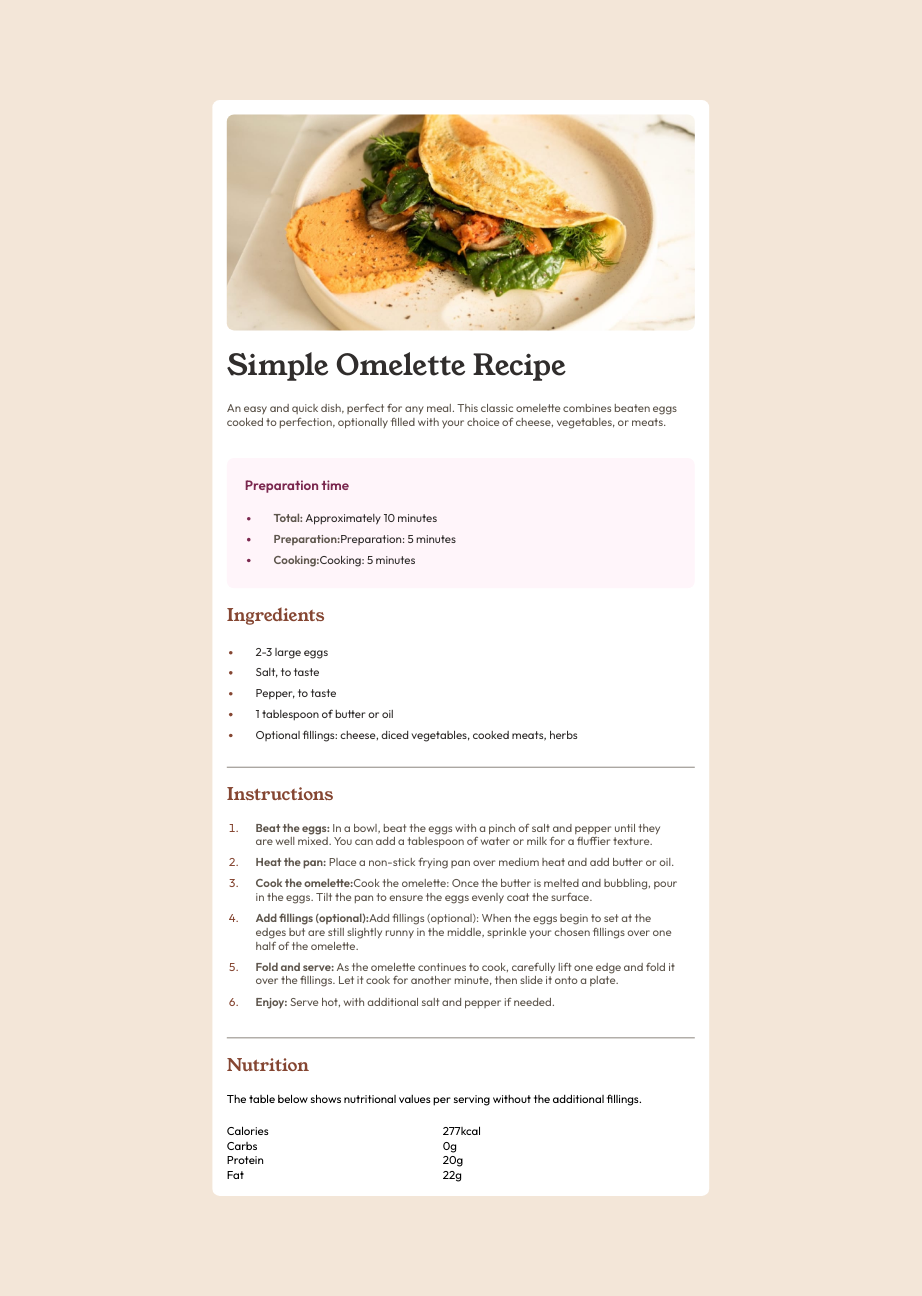
Repository: reemoon-ctrl/mine-recipe-page-main
Page: index1.html
An editor plug-in stored every save of this project. The page is shown before and after the next save, followed by the edit.
The browser window is 1280 px wide. The pictures show the whole page, at 72% of full size.

Above is the page before, as saved 2024-08-11 17:04:30.

After the next save:
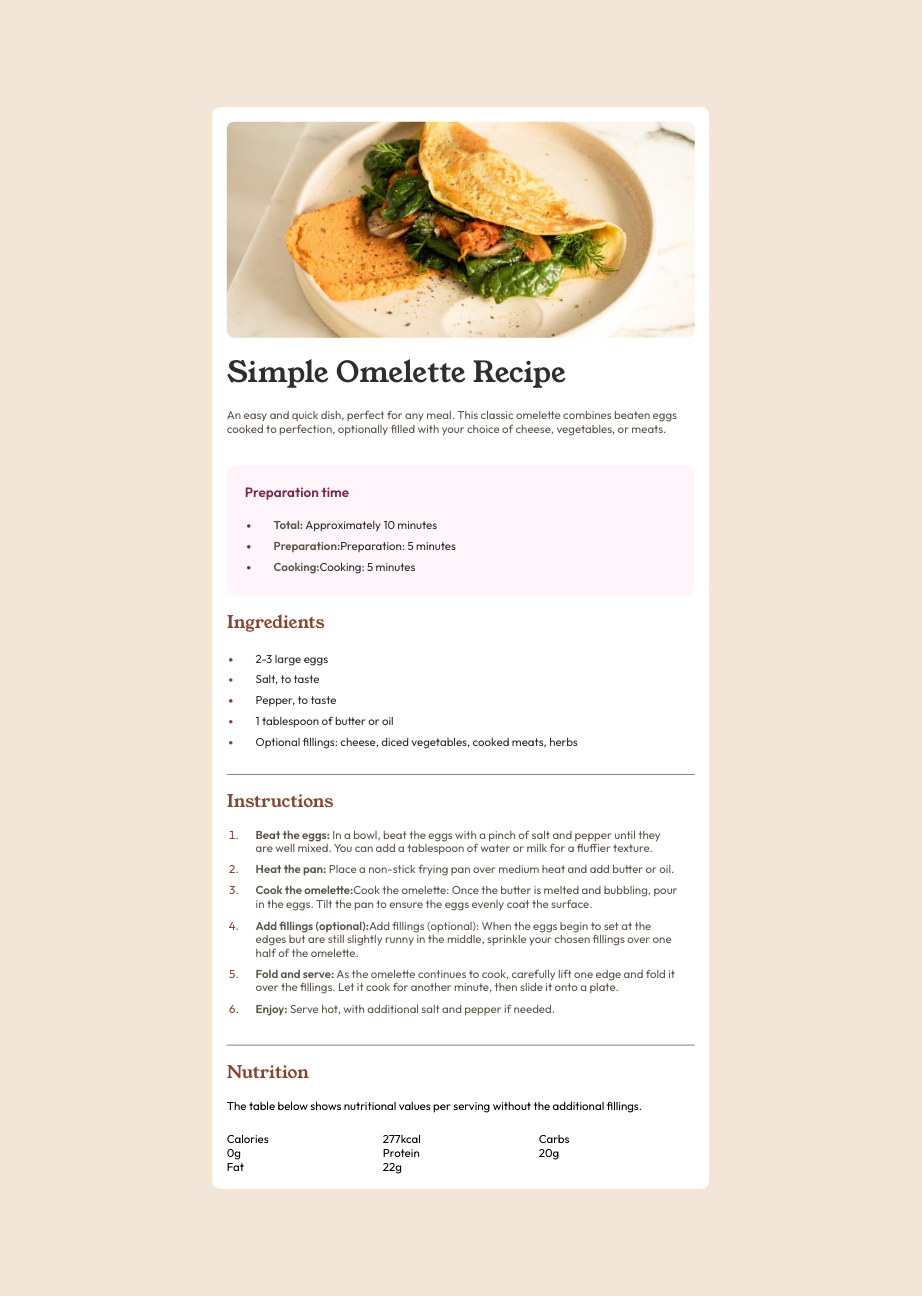
Saved 5 min 25 s later.
--- a/style.css
+++ b/style.css
@@ -107,7 +107,7 @@
 }
 .calory{
     display: grid;
-    grid-template-columns: 300px 300px;
+    grid-template-columns: repeat(3, minmax(0, 1fr));
 }
 .nutrition p{
     padding-bottom: 25px;

After the save that followed:
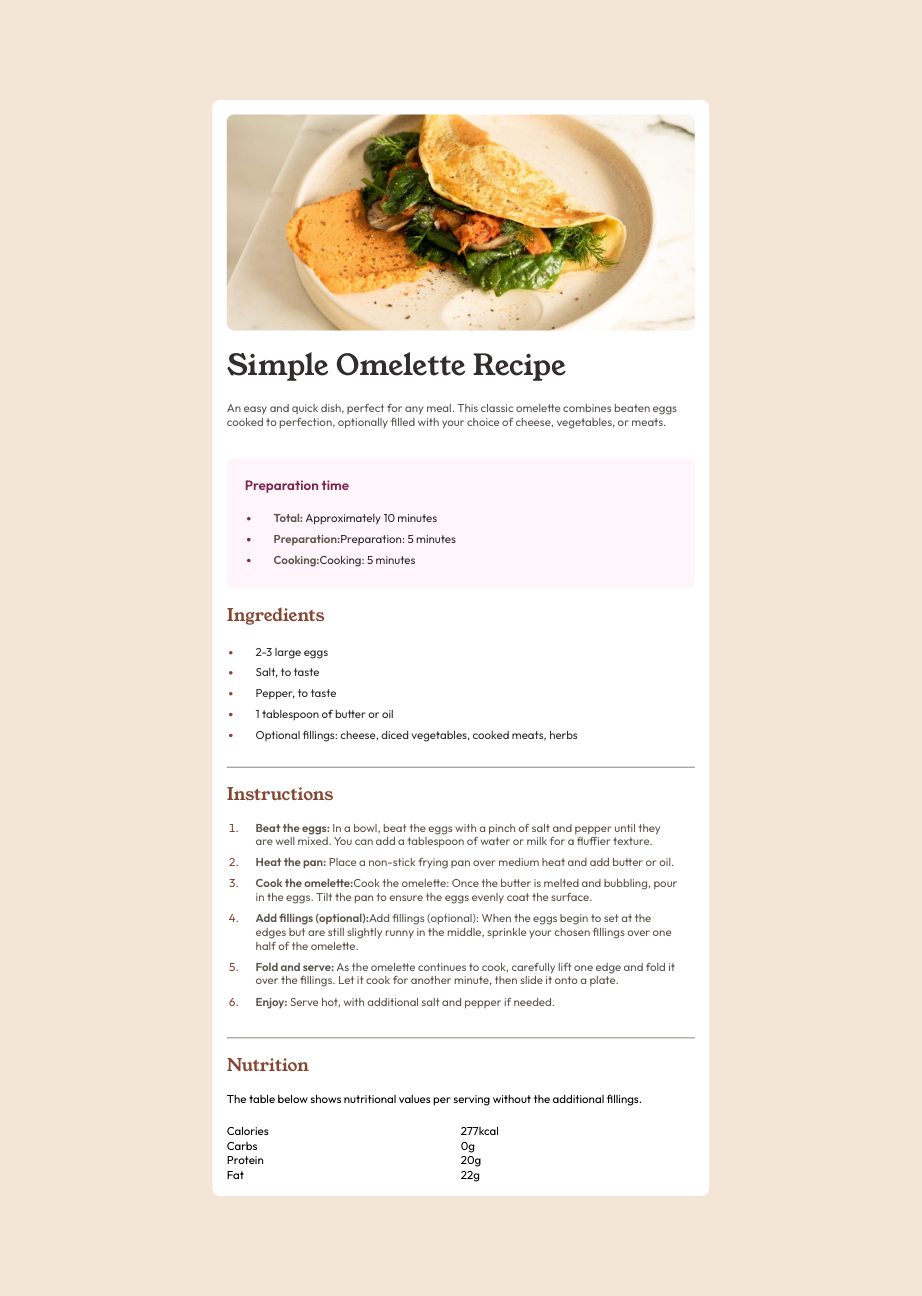
Saved 4 s later.
--- a/style.css
+++ b/style.css
@@ -107,7 +107,7 @@
 }
 .calory{
     display: grid;
-    grid-template-columns: repeat(3, minmax(0, 1fr));
+    grid-template-columns: repeat(2, minmax(0, 1fr));
 }
 .nutrition p{
     padding-bottom: 25px;
